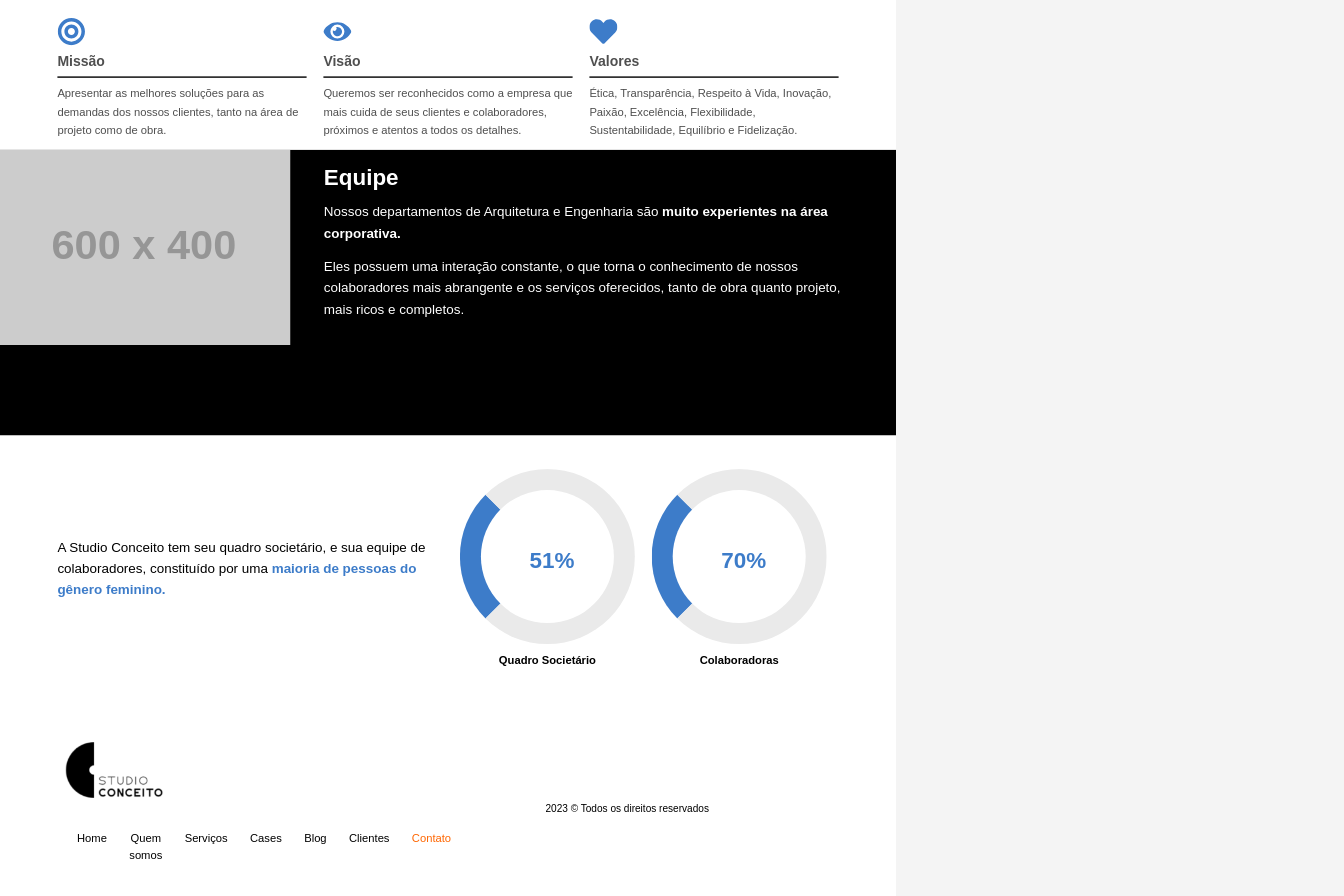
Repository: Upstairs-Agencia/studio-conceito-react
Page: /quem-somos
An editor plug-in stored every save of this project. The page is shown before and after the next save, followed by the edit.
The browser window is 1280 px wide. The page is 1920 px wide, so the pictures cover 1920 px, including what lies to the right of the window. The pictures show the part of the page from y = 2183 to 3463 px (the page is 3463 px tall), at 70% of full size.
The project was rebuilt for these pictures with package versions that can differ from the ones it lists, and the page was loaded fresh each time. Also part of the build but not shown: src/pages/Home.js, src/pages/Servicos.js, src/styles/cases.css, src/pages/Cases.js, src/pages/Blog.js, src/pages/Clientes.js, src/pages/Contato.js.

Above is the page before, as saved 2024-12-29 12:53:48.

After the next save:
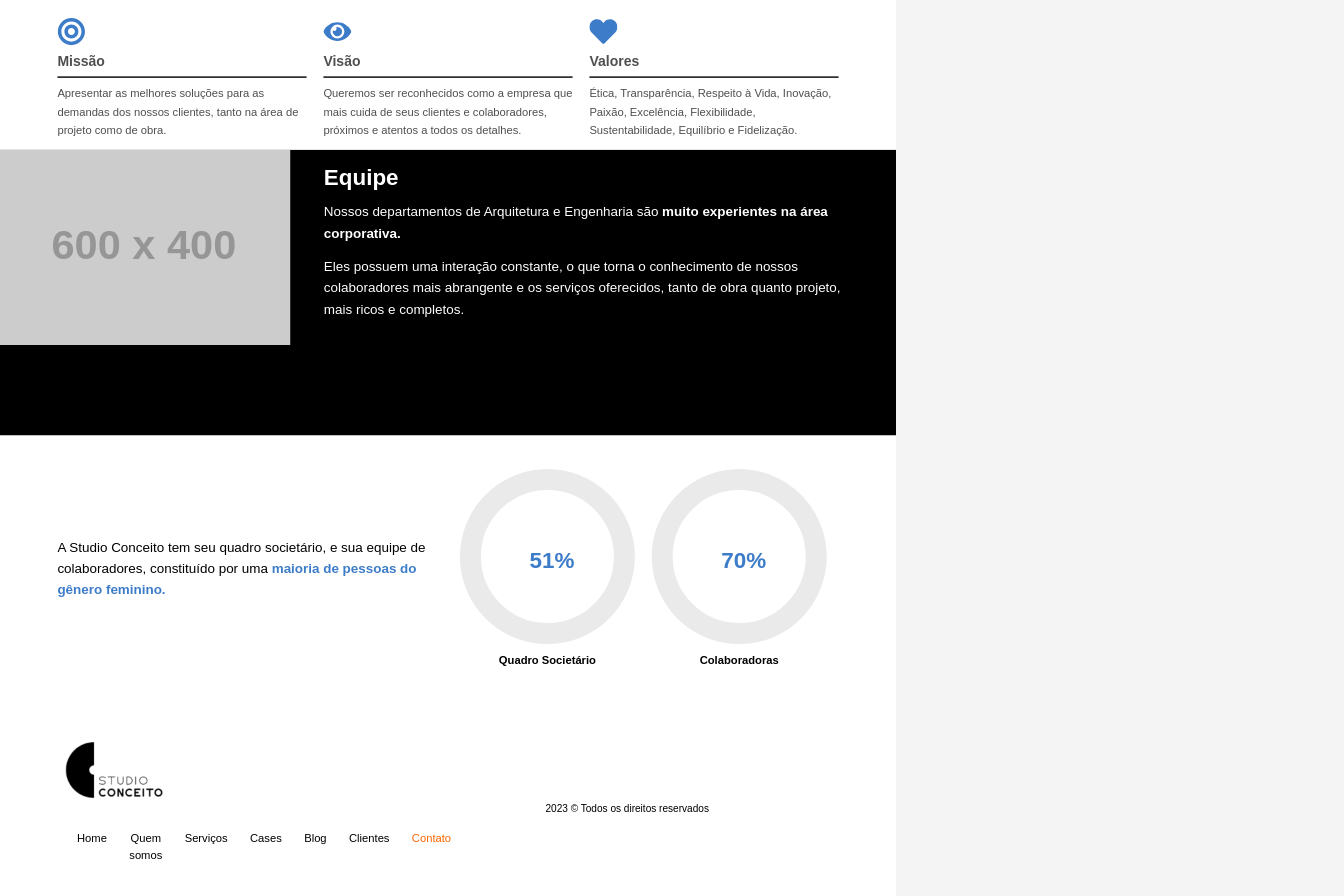
Saved 67 s later.
--- a/src/styles/quemsomos.css
+++ b/src/styles/quemsomos.css
@@ -105,7 +105,7 @@
     height: 250px;
     border-radius: 50%;
     border: 30px solid #eaeaea;
-    border-top: 30px solid #3d7cc9;
+    border-top: 30px 50% solid #3d7cc9;
     transform: rotate(-90deg);
     margin: 0 auto;
   }

After the 2 saves that followed:
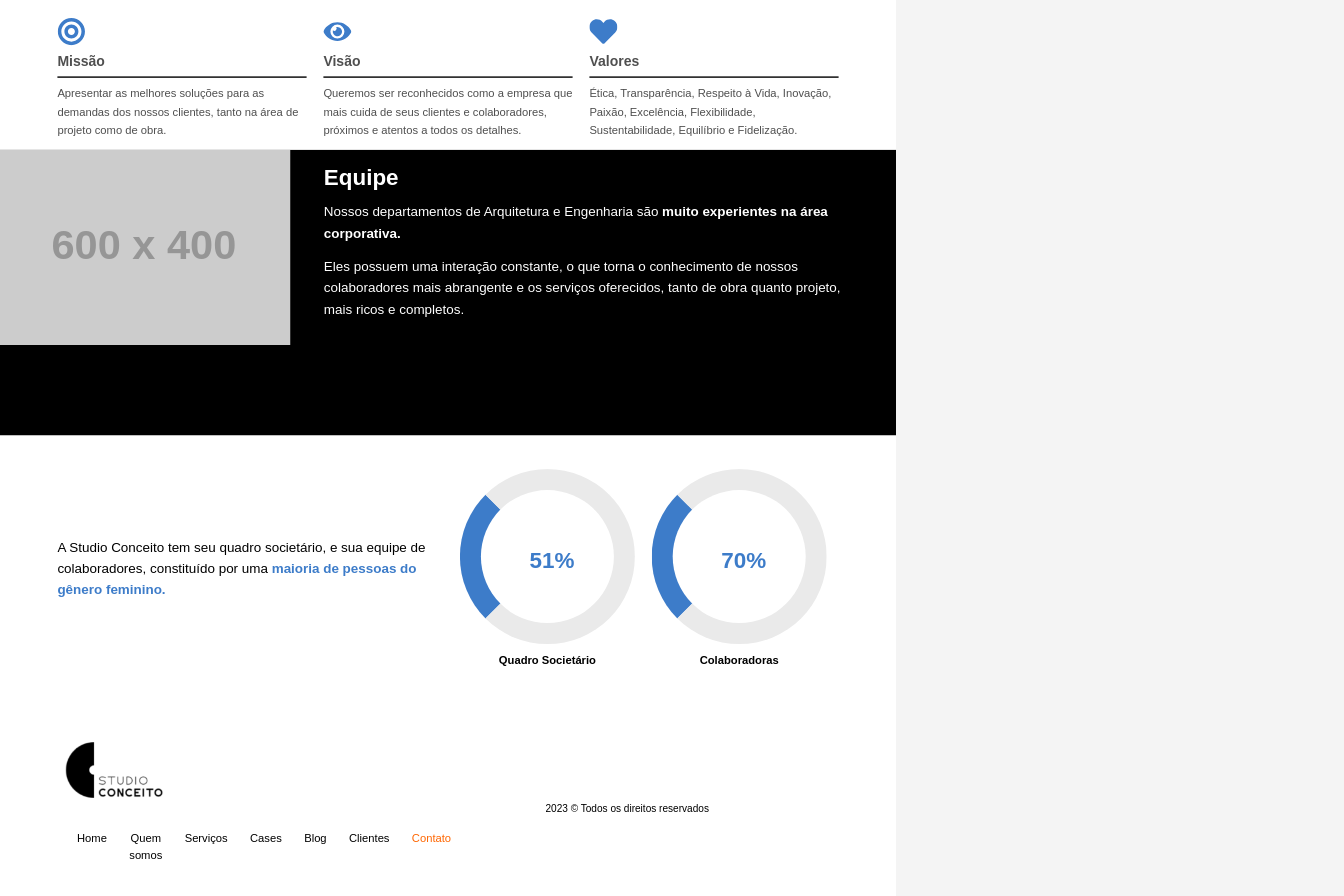
The 2 saves are shown as one change because they came seconds apart.
The last was saved 7 s later.
--- a/src/styles/quemsomos.css
+++ b/src/styles/quemsomos.css
@@ -105,7 +105,7 @@
     height: 250px;
     border-radius: 50%;
     border: 30px solid #eaeaea;
-    border-top: 30px 50% solid #3d7cc9;
+    border-top: 30px solid #3d7cc9;
     transform: rotate(-90deg);
     margin: 0 auto;
   }
